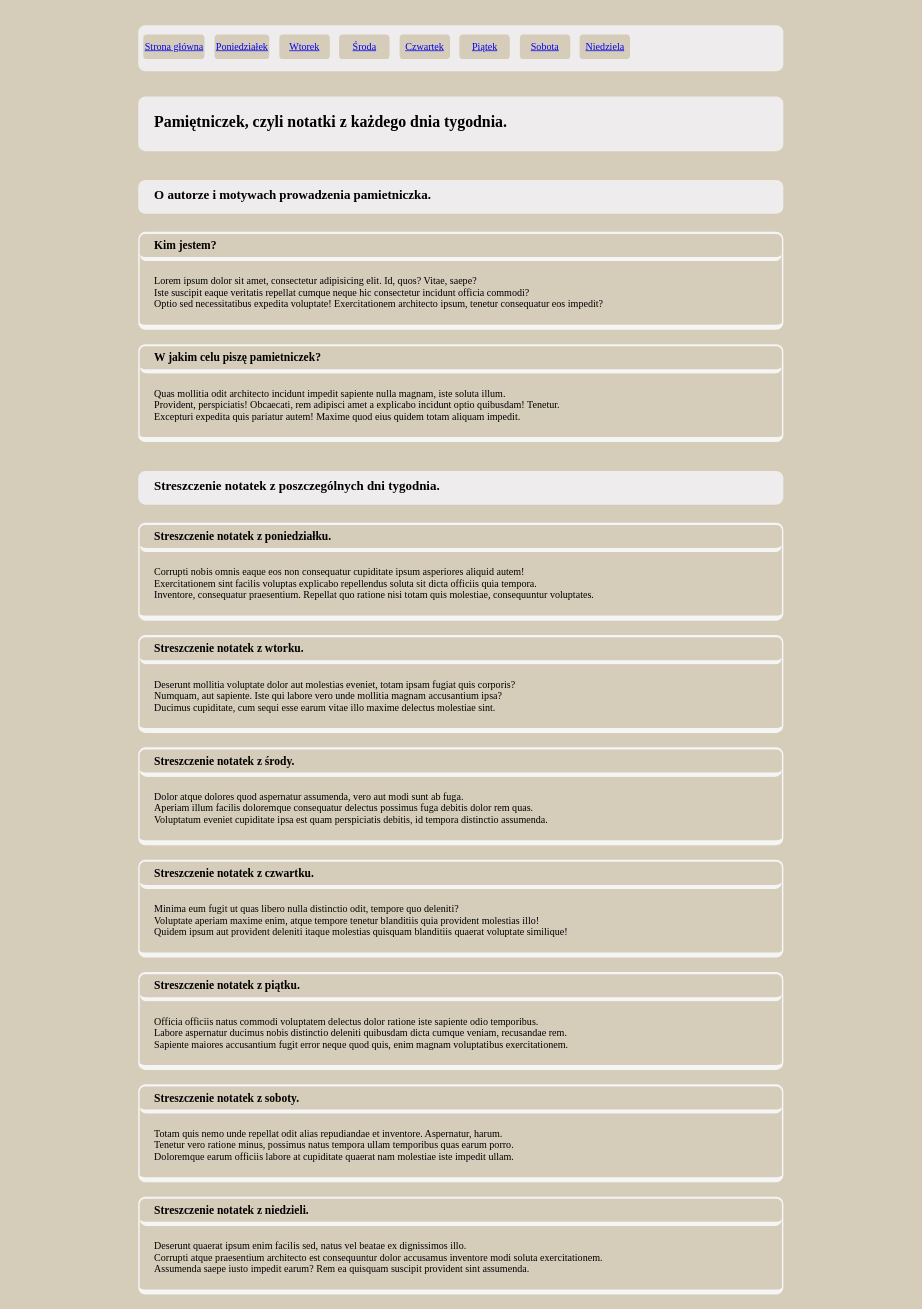
Repository: ArturNatwora/hompage
Page: index.html
The author's editor kept a copy of each file at every save. The page is drawn from the files as they stood at one save, then again after the next save.
The browser window is 1280 px wide. The pictures show the whole page, at 72% of full size.

Above is the page before, as saved 2019-06-11 20:23:23.

### index.html
<!DOCTYPE html>
<html lang="pl">

<head>
    <meta charset="UTF-8">
    <meta name="viewport" content="width=device-width, initial-scale=1.0">
    <meta http-equiv="X-UA-Compatible" content="ie=edge">
    <link rel="stylesheet" href="index.css">
    <title>Strona domowa w ramach kursu WTf CO TEN FRONTEND.</title>
</head>

<body>
    <header class="bodyHeader">
        <nav class="bodyHeader__nav">
            <ul class="bodyHeader__navListLink" >
                <li class="bodyHeader__navItemLink"><a class="bodyHeader__navLink" href="index.html">Strona główna</a></li>
                <li class="bodyHeader__navItemLink"><a class="bodyHeader__navLink" href="./days/1.html">Poniedziałek</a></li>
                <li class="bodyHeader__navItemLink"><a class="bodyHeader__navLink" href="./days/2.html">Wtorek</a></li>
                <li class="bodyHeader__navItemLink"><a class="bodyHeader__navLink" href="./days/3.html">Środa</a></li>
                <li class="bodyHeader__navItemLink"><a class="bodyHeader__navLink" href="./days/4.html">Czwartek</a></li>
                <li class="bodyHeader__navItemLink"><a class="bodyHeader__navLink" href="./days/5.html">Piątek</a></li>
                <li class="bodyHeader__navItemLink"><a class="bodyHeader__navLink" href="./days/6.html">Sobota</a></li>
                <li class="bodyHeader__navItemLink"><a class="bodyHeader__navLink" href="./days/7.html">Niedziela</a></li>
            </ul>
        </nav>
        <h1 class="bodyHeader__title">Pamiętniczek, czyli notatki z każdego dnia tygodnia.</h1>
    </header>
    <main class="main">
        <section class="section">
            <h2 class="section__title">O autorze i motywach prowadzenia pamietniczka.</h2>
            <article class="article">
                <h3 class="article__title">Kim jestem?</h3>
                <p>Lorem ipsum dolor sit amet, consectetur adipisicing elit. Id, quos? Vitae, saepe?</p>
                <p>Iste suscipit eaque veritatis repellat cumque neque hic consectetur incidunt officia commodi?</p>
                <p>Optio sed necessitatibus expedita voluptate! Exercitationem architecto ipsum, tenetur consequatur eos
                    impedit?</p>
            </article>
            <article class="article">

                <h3 class="article__title">W jakim celu piszę pamietniczek?</h3>
                <p>Quas mollitia odit architecto incidunt impedit sapiente nulla magnam, iste soluta illum.</p>
                <p>Provident, perspiciatis! Obcaecati, rem adipisci amet a explicabo incidunt optio quibusdam! Tenetur.
                </p>
                <p>Excepturi expedita quis pariatur autem! Maxime quod eius quidem totam aliquam impedit.</p>
            </article>

        </section>

        <section class="section">
                <h2 class="section__title">Streszczenie notatek z poszczególnych dni tygodnia.</h2>
                <article class="article">
                    <h3 class="article__title">Streszczenie notatek z poniedziałku.</h3>
                    <p>Corrupti nobis omnis eaque eos non consequatur cupiditate ipsum asperiores aliquid autem!</p>
                    <p>Exercitationem sint facilis voluptas explicabo repellendus soluta sit dicta officiis quia
                        tempora.</p>
                    <p>Inventore, consequatur praesentium. Repellat quo ratione nisi totam quis molestiae, consequuntur
                        voluptates.</p>
                </article>
                <article class="article">
                    <h3 class="article__title">Streszczenie notatek z wtorku.</h3>
                    <p>Deserunt mollitia voluptate dolor aut molestias eveniet, totam ipsam fugiat quis corporis?</p>
                    <p>Numquam, aut sapiente. Iste qui labore vero unde mollitia magnam accusantium ipsa?</p>
                    <p>Ducimus cupiditate, cum sequi esse earum vitae illo maxime delectus molestiae sint.</p>
                </article>
                <article class="article">
                    <h3 class="article__title">Streszczenie notatek z środy.</h3>
                    <p>Dolor atque dolores quod aspernatur assumenda, vero aut modi sunt ab fuga.</p>
                    <p>Aperiam illum facilis doloremque consequatur delectus possimus fuga debitis dolor rem quas.</p>
                    <p>Voluptatum eveniet cupiditate ipsa est quam perspiciatis debitis, id tempora distinctio
                        assumenda.</p>
                </article>
                <article class="article">
                    <h3 class="article__title">Streszczenie notatek z czwartku.</h3>
                    <p>Minima eum fugit ut quas libero nulla distinctio odit, tempore quo deleniti?</p>
                    <p>Voluptate aperiam maxime enim, atque tempore tenetur blanditiis quia provident molestias illo!
                    </p>
                    <p>Quidem ipsum aut provident deleniti itaque molestias quisquam blanditiis quaerat voluptate
                        similique!</p>
                </article>
                <article class="article">
                    <h3 class="article__title">Streszczenie notatek z piątku.</h3>
                    <p>Officia officiis natus commodi voluptatem delectus dolor ratione iste sapiente odio temporibus.
                    </p>
                    <p>Labore aspernatur ducimus nobis distinctio deleniti quibusdam dicta cumque veniam, recusandae
                        rem.</p>
                    <p>Sapiente maiores accusantium fugit error neque quod quis, enim magnam voluptatibus
                        exercitationem.</p>
                </article>
                <article class="article">
                    <h3 class="article__title">Streszczenie notatek z soboty.</h3>
                    <p>Totam quis nemo unde repellat odit alias repudiandae et inventore. Aspernatur, harum.</p>
                    <p>Tenetur vero ratione minus, possimus natus tempora ullam temporibus quas earum porro.</p>
                    <p>Doloremque earum officiis labore at cupiditate quaerat nam molestiae iste impedit ullam.</p>
                </article>
                <article class="article">
                    <h3 class="article__title">Streszczenie notatek z niedzieli.</h3>
                    <p>Deserunt quaerat ipsum enim facilis sed, natus vel beatae ex dignissimos illo.</p>
                    <p>Corrupti atque praesentium architecto est consequuntur dolor accusamus inventore modi soluta
                        exercitationem.</p>
                    <p>Assumenda saepe iusto impedit earum? Rem ea quisquam suscipit provident sint assumenda.</p>
                </article>
            </section>


    </main>
    <script src="index.js"></script>
</body>

</html>

### index.css

*{
    margin: 0;
    padding: 0;
    box-sizing: border-box;
    font-size: 14px;
}


body{
    width: 70%;
    margin:  auto;
    background: rgb(214, 204, 186);

}

.bodyHeader {
    width: 100%;

    display: block;
    position: relative;


}
.bodyHeader__nav{
    background: rgb(238, 236, 236);
    width: 100%;
    height: auto;
    margin: 35px 0;

    display: block;

    border-width: 3px 2px 7px 2px ;
    border-style: solid;
    border-color: rgb(238, 236, 236);
    border-radius: 10px;
}
.bodyHeader__navListLink {
    width: 100%;
    list-style: none;
    display: block;
}
.bodyHeader__navItemLink{
    text-align: center;
    min-width: 70px;
    background: rgb(214, 204, 186);
    display: inline-block;
    padding: 7px 0;
    margin: 10px 5px;
    border-width:  2px ;
    border-style: solid;
    border-color: rgb(214, 204, 186);
    border-radius: 5px;
}

.bodyHeader__title{
    font-size: 22px;
    display: block;
    margin:16px 0;
    padding: 20px;
    background: rgb(238, 236, 236);

    border-width: 3px 2px 7px 2px ;
    border-style: solid;
    border-color: rgb(238, 236, 236);
    border-radius: 10px;
}
.section{
    width: 100%;
    margin:40px 0 0 0 ;




}
.section__title{
    width: 100%;
    font-size: 18px;
    display: block;
    margin:25px 0;
    padding: 8px 20px;
    background: rgb(238, 236, 236);

    border-width: 3px 2px 7px 2px ;
    border-style: solid;
    border-color: rgb(238, 236, 236);
    border-radius: 10px;
}
.article{

    display: block;
    margin:0 0 20px 0;
    padding:0 0 20px 0px;
    border-width: 3px 2px 7px 2px ;
    border-style: solid;
    border-color: whitesmoke;
    border-radius: 10px;

}
.article__title{
    font-size: 16px;
    display: block;
    margin:0 0 20px 0 ;
    padding: 7px 20px;

    border-width: 0 0 6px 0 ;
    border-style: solid;
    border-color: whitesmoke;
    border-radius: 10px;

}
p{
    text-align: justify;
    padding: 0 20px;
}

Loaded but not shown: index.js (no copy from this time; the picture is the same without it)

After the next save:
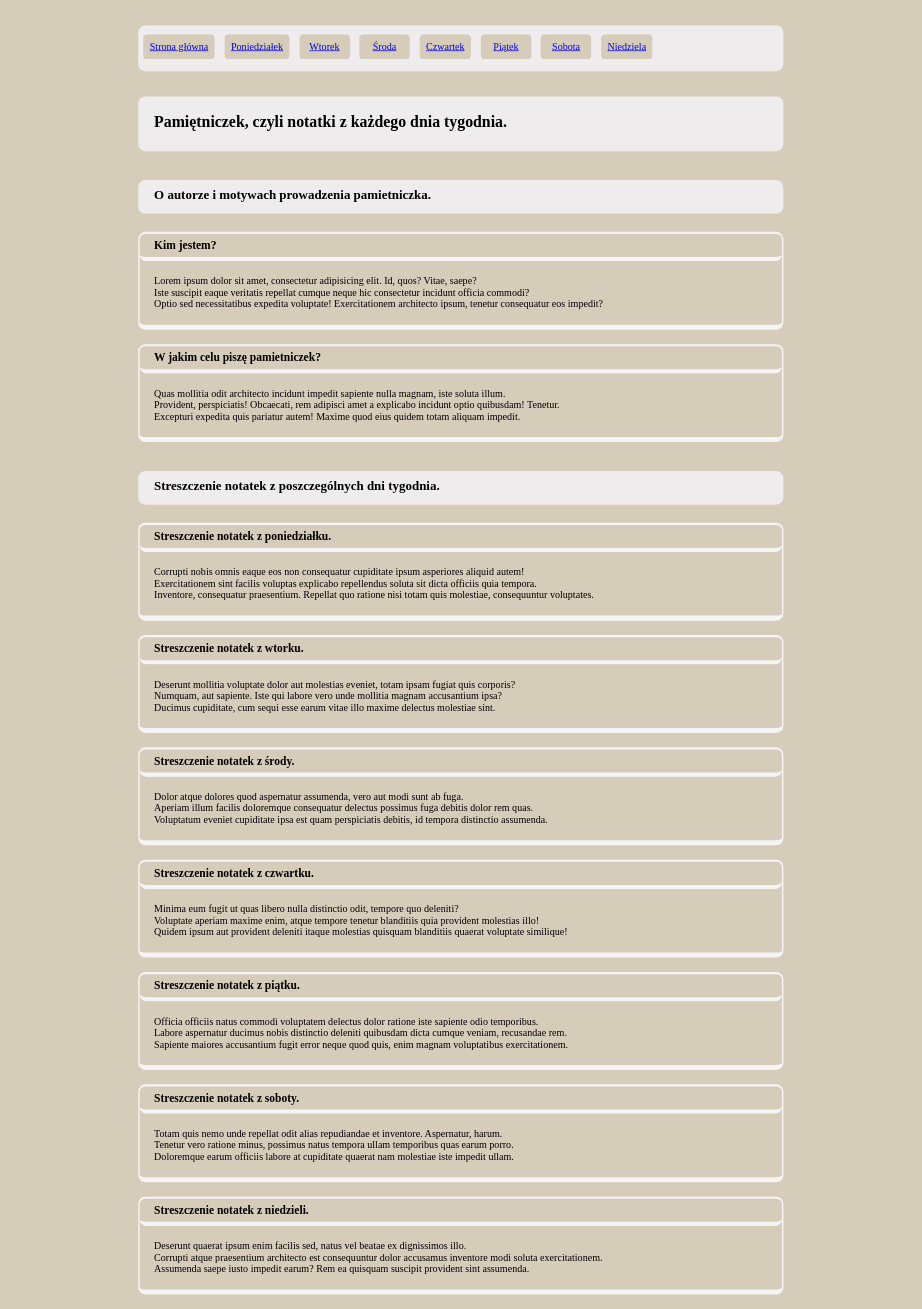
Saved 26 s later.
--- a/index.css
+++ b/index.css
@@ -45,7 +45,7 @@ body{
     min-width: 70px;
     background: rgb(214, 204, 186);
     display: inline-block;
-    padding: 7px 0;
+    padding: 7px ;
     margin: 10px 5px;
     border-width:  2px ;
     border-style: solid;
